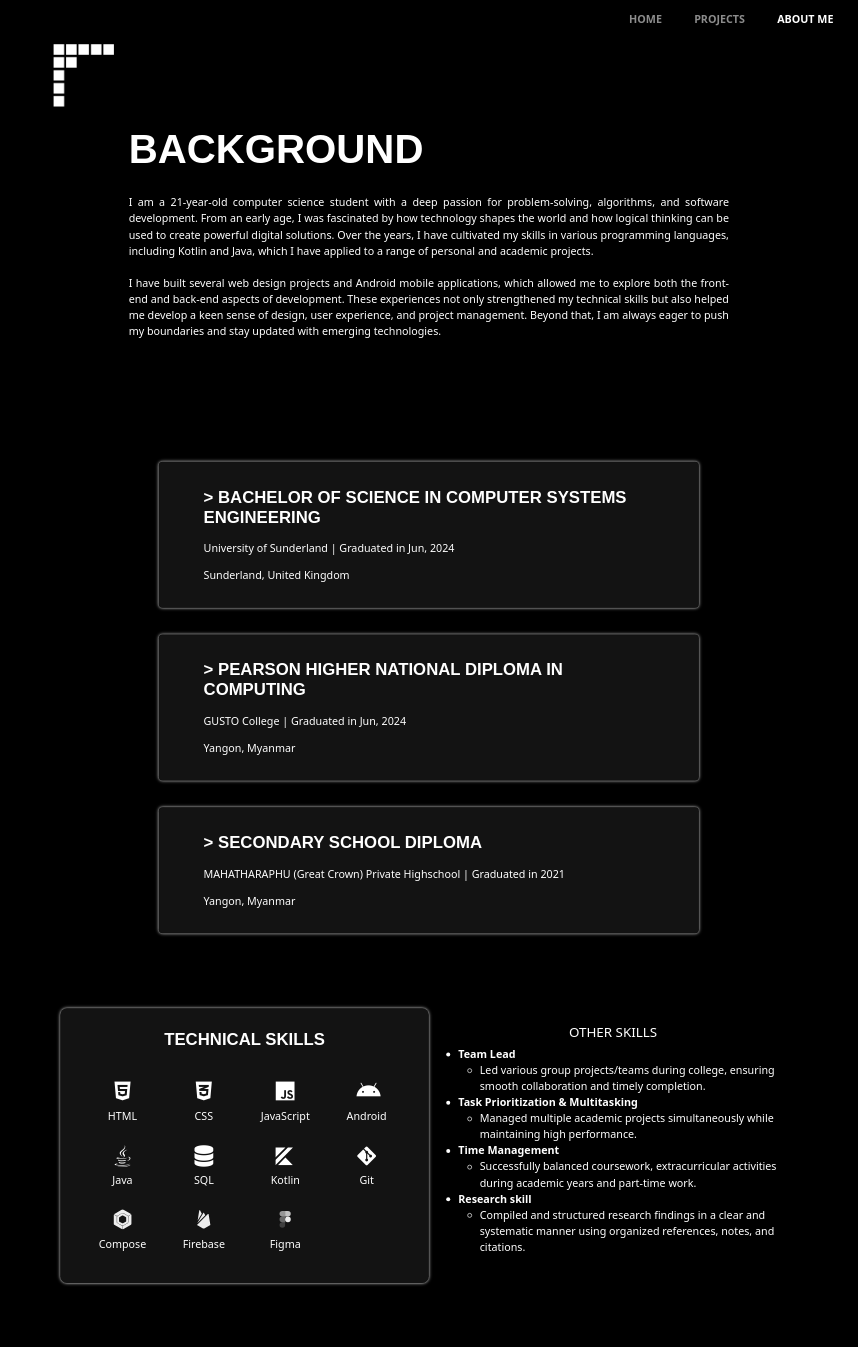
Repository: pyaestk/Portfolio-template
Page: aboutme.html
These files come from the project's save history. The page is drawn as it stood at one moment and after the next save; the edit follows.
The browser window is 1280 px wide. The pictures show the whole page, at 67% of full size.
Some web fonts or font styles are not loaded; a fallback is used. Some web libraries are served in a nearby version.

Above is the page before, as saved 2025-05-24 13:21:59.
Console error: TypeError: Cannot read properties of null (reading 'addEventListener')

### aboutme.html
<!DOCTYPE html>

<html lang="en">

<head>
  <link href="https://cdn.jsdelivr.net/npm/bootstrap@5.3.5/dist/css/bootstrap.min.css" rel="stylesheet"
    integrity="sha384-SgOJa3DmI69IUzQ2PVdRZhwQ+dy64/BUtbMJw1MZ8t5HZApcHrRKUc4W0kG879m7" crossorigin="anonymous">
  <script src="https://cdn.jsdelivr.net/npm/bootstrap@5.3.5/dist/js/bootstrap.bundle.min.js"
    integrity="sha384-k6d4wzSIapyDyv1kpU366/PK5hCdSbCRGRCMv+eplOQJWyd1fbcAu9OCUj5zNLiq"
    crossorigin="anonymous"></script>
  <link rel="stylesheet" href="https://cdnjs.cloudflare.com/ajax/libs/font-awesome/6.1.2/css/all.min.css">
  <link href="styles.css" rel="stylesheet">

  <!-- google fonts -->
  <link rel="preconnect" href="https://fonts.googleapis.com">
  <link rel="preconnect" href="https://fonts.gstatic.com" crossorigin>
  <link href="https://fonts.googleapis.com/css2?family=Doto:wght@100..900&display=swap" rel="stylesheet">
  <link href="https://fonts.googleapis.com/css2?family=Roboto:ital,wght@0,100..900;1,100..900&display=swap"
    rel="stylesheet">

  <meta charset="utf-8">
  <meta name="viewport" content="width=device-width, initial-scale=1, minimum-scale=1, maximum-scale=1 ">

  <title>My Webpage</title>
</head>

<body class="bg-black">

  <nav class="navbar navbar-expand-lg bg-black navbar-dark sticky-top">
    <div class="container-fluid">
      <a class="navbar-brand" href="#"></a>
      <button class="navbar-toggler" type="button" data-bs-toggle="collapse" data-bs-target="#navbarNav"
        aria-controls="navbarNav" aria-expanded="false" aria-label="Toggle navigation">
        <span class="navbar-toggler-icon"></span>
      </button>
      <div class="collapse navbar-collapse justify-content-end" id="navbarNav">
        <ul class="navbar-nav text-center">
          <li class="nav-item px-3">
            <a class="nav-link" aria-current="page" href="index.html">HOME</a>
          </li>
          <li class="nav-item px-3">
            <a class="nav-link" href="projects.html">PROJECTS</a>
          </li>
          <li class="nav-item px-3">
            <a class="nav-link active" href="aboutme.html">ABOUT ME</a>
          </li>
        </ul>
      </div>
    </div>
  </nav>

  <div class="background-container text-white">
    <img src="img/decoration-block2.png" class="decoration-image-1" style="--delay: .2s;">

    <h4 class="title" style="--delay: .3s;">BACKGROUND</h4>
    <p style="--delay: .4s;">I am a 21-year-old computer science student with
      a deep passion for problem-solving,
      algorithms, and software development. From an early age, I was
      fascinated by how technology shapes the world and
      how logical thinking can be used to create powerful digital solutions.
      Over the years, I have cultivated my skills
      in various programming languages, including Kotlin and Java, which I
      have applied to a range of personal and
      academic projects.
      <br><br>
      I have built several web design projects and Android mobile
      applications, which allowed me to explore both the
      front-end and back-end aspects of development. These experiences not
      only strengthened my technical skills but
      also helped me develop a keen sense of design, user experience, and
      project management. Beyond that, I am always
      eager to push my boundaries and stay updated with emerging technologies.
      <!-- <br><br>
      Currently, I am particularly interested in deepening my knowledge in fields such as artificial intelligence,
      software engineering, and cybersecurity. I am constantly exploring new concepts through online courses, tutorials,
      and technical communities. My goal is to continue developing solutions that are not only technically sound but
      also meaningful and impactful.
      <br><br>
      Driven by curiosity and a desire to innovate, I see computer science as more than just a career path—it is a
      lifelong journey of learning, building, and contributing to technological advancement. -->
    </p>
  </div>

  <div class="education-container">
    <div class="card reveal3">
      <div class="card-body">
        <h4>> BACHELOR OF SCIENCE IN COMPUTER SYSTEMS ENGINEERING</h4>
        <p>University of Sunderland | Graduated in Jun, 2024</p>
        <span>Sunderland, United Kingdom</span>
      </div>
    </div>
    <div class="card reveal3">
      <div class="card-body">
        <h4>> PEARSON HIGHER NATIONAL DIPLOMA IN COMPUTING</h4>
        <p>GUSTO College | Graduated in Jun, 2024</p>
        <span>Yangon, Myanmar</span>
      </div>
    </div>
    <div class="card reveal3">
      <div class="card-body ">
        <h4>> SECONDARY SCHOOL DIPLOMA</h4>
        <p>MAHATHARAPHU (Great Crown) Private Highschool | Graduated in
          2021</p>
        <span>Yangon, Myanmar</span>
      </div>
    </div>
  </div>

  <div class="container text-white my-5">
    <div class="row mx-2">

      <div class="col-12 col-md-6 mb-5 technical-skills reveal3">
        <h5 class="mb-5 text-center">TECHNICAL SKILLS</h5>

        <div class="row g-3">
          <div class="col-4 col-md-3 text-center">
            <i class="fa-brands fa-html5 fa-2x tech-icon"></i>
            <p>HTML</p>
          </div>
          <div class="col-4 col-md-3 text-center">
            <i class="fa-brands fa-css3-alt fa-2x tech-icon"></i>
            <p>CSS</p>
          </div>
          <div class="col-4 col-md-3 text-center">
            <i class="fa-brands fa-js fa-2x tech-icon"></i>
            <p>JavaScript</p>
          </div>
          <div class="col-4 col-md-3 text-center">
            <i class="fa-brands fa-android fa-2x tech-icon"></i>
            <p>Android</p>
          </div>
          <div class="col-4 col-md-3 text-center">
            <i class="fa-brands fa-java fa-2x tech-icon"></i>
            <p>Java</p>
          </div>
          <div class="col-4 col-md-3 text-center">
            <i class="fa-solid fa-database fa-2x tech-icon"></i>
            <p>SQL</p>
          </div>
          <div class="col-4 col-md-3 text-center">
            <svg xmlns="http://www.w3.org/2000/svg" viewBox="0 0 8 8" class="tech-icon">
              <path fill="currentColor" d="m1 8l3-3l3 3M0 5V1h4M0 8V6l5-5h2" />
            </svg>
            <p>Kotlin</p>
          </div>
          <div class="col-4 col-md-3 text-center">
            <i class="fa-brands fa-git-alt fa-2x tech-icon"></i>
            <p>Git</p>
          </div>
          <div class="col-4 col-md-3 text-center">
            <svg xmlns="http://www.w3.org/2000/svg" viewBox="0 0 128 128" class="tech-icon">
              <path fill="#ededed"
                d="M63.353.759c-2.022-.048-3.83.515-5.604 1.486L14.737 27.521l-1.716 1.01l-.808.555c-1.067.628-2.21 2.15-2.97 3.175l4.168 2.324l2.82 1.55l9.592 5.4l2.454 1.36c1.237-1.491 1.306-1.596 2.472-2.566l26.833-15.884c1.554-.85 3.964-1.976 5.736-1.936c1.769.041 4.04.556 5.552 1.476l23.485 13.342l2.944 1.637a26.5 26.5 0 0 1 3.825 3.052l18.723-11.19l-1.666-1.624c-1.893-1.528-2.544-1.815-3.864-2.497L69.664 2.637C67.932 1.582 65.38.807 63.353.759m.276 23.845c-.95 0-3.036.411-3.86.884l-27.905 16.57c-.823.472-1.655 1.983-2.13 2.801s-.837 2.452-.839 3.303l-.055 33.254c-.002.946.421 2.006.896 2.824s1.268 1.581 2.091 2.054l28.68 16.194c1.07.493 2.69.787 3.64.787s2.174-.147 3.709-.777l27.42-16.173c.824-.474 2.1-1.772 2.575-2.59c.475-.819 1.498-2.895 1.493-3.841l-.146-32.52c-.001-.945-.832-2.85-1.307-3.667c-.475-.82-2.284-2.36-3.108-2.833L67.623 25.58c-.824-.473-3.043-.977-3.994-.977Zm55.2 7.65l-1.163.725l-17.474 10.441c.42 1 .891 3.278.946 4.363l.002.01l.008.312v31.3a10.09 10.09 0 0 1-4.963 8.786l-25.434 15.315c-.922.545-3.108 1.394-5.452 1.841l.002 1.516l-.037 7.825l-.006 3.775l.043 8.781c1.255-.01 3.339-.766 4.423-1.36l.317-.182l.009-.004l44.498-26.253a11.54 11.54 0 0 0 5.666-10.048V37.734c-.014-1.458-.72-4.093-1.385-5.48M8.47 33.817l-.415 1.949c-.352 2.928-.29 3.223-.202 4.705l-.012 49.185c-.02 2.027-.099 4.84.899 6.606c.993 1.762 2.916 2.799 4.657 3.827l45.2 25.602l.008.004l.318.179c1.399.644 2.986 1.145 4.592 1.241l.012-4.872l.004-3.748l-.006-11.404l-.006-1.81c-1.809-.118-3.218-.654-4.14-1.199l-27.041-15.14c-1.527-.9-3.437-1.913-4.308-3.455c-.87-1.543-1.252-3.886-1.235-5.658l.017-29.064l.008-2.096c.061-1.414.277-2.403.687-4.15zm55.323 4.77c.612 0 2.044.327 2.575.632l17.503 9.854c.531.304 1.698 1.3 2.004 1.826c.306.528.84 1.754.84 2.363l.096 20.959c.002.609-.655 1.948-.963 2.476c-.306.528-1.127 1.363-1.657 1.668L66.52 88.79c-.99.406-1.78.505-2.394.505c-.612 0-1.653-.192-2.342-.51L43.297 78.349a3.8 3.8 0 0 1-1.348-1.324c-.306-.528-.579-1.212-.578-1.82l.035-21.431c0-.548.235-1.602.54-2.13c.307-.528.844-1.5 1.374-1.804l17.985-10.68c.531-.305 1.877-.57 2.489-.57z" />
            </svg>
            <p>Compose</p>
          </div>
          <div class="col-4 col-md-3 text-center">
            <svg xmlns="http://www.w3.org/2000/svg" viewBox="0 0 24 24" class="tech-icon">
              <rect width="24" height="24" fill="none" />
              <path fill="#ededed"
                d="m20 18.69l-7.3 4.05q-.75.39-1.5 0L4 18.69L17.05 5.54l.35-.1c.3 0 .47.13.5.4zM9.35 5.74L4.8 13.29L6.7 1.34c.03-.27.2-.4.5-.4c.2 0 .33.06.4.25l2.15 3.95zM13.85 7L4.3 16.59l7.25-12.3c.1-.2.25-.29.45-.29s.33.09.4.29z" />
            </svg>
            <p>Firebase</p>
          </div>
          <div class="col-4 col-md-3 text-center">
            <svg xmlns="http://www.w3.org/2000/svg" viewBox="0 0 24 24" class="tech-icon">
              <rect width="24" height="24" fill="none" />
              <path fill="#ededed" d="M11.667 2H8.333a3.333 3.333 0 1 0 0 6.667h3.334z" opacity="0.6" />
              <path fill="#ededed" d="M11.667 8.667H8.333a3.333 3.333 0 0 0 0 6.666h3.334z" opacity="0.4" />
              <path fill="#ededed" d="M18.333 12a3.333 3.333 0 1 1-6.667 0a3.333 3.333 0 0 1 6.667 0" />
              <path fill="#ededed" d="M8.333 15.334h3.334v3.333a3.333 3.333 0 1 1-3.334-3.334" opacity="0.2" />
              <path fill="#ededed" d="M11.666 2h3.333a3.333 3.333 0 1 1 0 6.667h-3.333z" opacity="0.8" />
            </svg>
            <p>Figma</p>
          </div>
        </div>
      </div>

      <div class="col-12 col-md-6 mb-5">
          <h5 class="mt-4 text-center">OTHER SKILLS</h5>
          <ul>
            <li><strong>Team Lead</strong>
              <ul>
                <li>Led various group projects/teams during college, ensuring smooth collaboration and timely
                  completion.</li>
              </ul>
            </li>
            <li><strong>Task Prioritization & Multitasking</strong>
              <ul>
                <li>Managed multiple academic projects simultaneously while maintaining high performance.</li>
              </ul>
            </li>
            <li><strong>Time Management</strong>
              <ul>
                <li>Successfully balanced coursework, extracurricular activities during academic years and part-time
                  work.</li>
              </ul>
            </li>
            <li><strong>Research skill</strong>
              <ul>
                <li>Compiled and structured research findings in a clear and systematic manner using organized
                  references, notes, and citations.</li>
              </ul>
            </li>
          </ul>
        </div>
      </div>

    </div>
  </div>

  <script src="script.js"></script>
</body>

</html>

### styles.css
* {
  margin: 0;
  padding: 0;
}
html {
  scroll-behavior: smooth;
}


/* index.html */

video {
  object-fit: cover;
  width: 100vw;
  height: 100vh;
  position: fixed;
  top: 0;
  left: 0;
  z-index: -1;
  filter: brightness(50%) grayscale(100%);
  transform: scaleX(-1);
  mask-image: linear-gradient(to right, black 0%, transparent 90%);
}
.navbar-nav a {
  font-weight: bolder;
}

.intro-container {
  display: flex;
  justify-content: center;
  align-items: start;
  flex-direction: column;
  flex-wrap: wrap;
  min-height: 90vh;
  padding: 50px 0;
}
.intro-text p {
  font-size: 20px;
  text-align: start;
  padding-right: 30%;
}
.my-role {
  font-size: 25px;
}
.my-name {
  font-family: "Doto", sans-serif;
  font-size: 60px;
  font-weight: bolder;
  max-lines: 3;
}

.social-links {
  display: flex;
  align-items: center;
  flex-direction: row;
  justify-content: start; /* or center if you want them centered */
  margin-top: 50px;
}
.social-links a {
  display: inline-flex; /* So the <a> fits nicely around icon */
  align-items: center;
  justify-content: center;
}
.social-links svg {
  width: 30px;
  height: 30px;

}
.social-links .linkedin {
  padding: 0 50px;
}
.intro-btns button{
  margin-top: 20px;
  width: 200px;
  height: 50px;
  margin-right: 20px;
  font-weight: bolder;
}






/* projects.html */

.projects-container {
  width: 100%;
  height: auto;
  display: flex;
  justify-content: space-evenly;
  align-items: center;
  flex-direction: row;
  flex-wrap: wrap;
  padding: 5% 5%;
}
.project-intro{
  width: 30%;
  height: auto;
  position: sticky;
  top: 120px; /* Adjust this value as needed */
  align-self: flex-start; /* Align to the start of the container */
}
.projects-list-container {
  width: 70%;
  display: flex;
  justify-content: center;
  align-items: center;
  flex-direction: column;
}

.projects-list{
  display: grid;
  grid-template-columns: repeat(auto-fit, minmax(350px, 1fr));
  gap: 30px;
}
.project-intro h1 {
  font-size: 55px;
  color: white;
  font-family: "Doto", sans-serif;
  font-weight: bolder;
}

.projects-container .card {
  box-shadow: 0 0 5px rgb(255, 255, 255);
  height: auto;
  background-color: rgba(29, 29, 29, 0.671);
  display: flex;
  justify-content: center;
  align-items: center;
  flex-direction: column;
  padding: 10px;
  color: white;
}
.projects-container .card-body{
  padding: 20px 10px 10px 10px;
}
.projects-container .card:hover {
  box-shadow: 0 0 15px rgb(255, 255, 255);
  transition: all 0.2s ease-in-out;
}




/* education.html */
.education-container {
  width: 100%;
  height: auto;
  display: flex;
  justify-content: space-evenly;
  align-items: center;
  flex-direction: column;
  flex-wrap: wrap;
  padding: 5% 5%;
  gap: 40px;
}

.education-container .card {
  width: 70%;
  height: auto;
  background-color: rgba(29, 29, 29, 0.671);
  padding: 20px 50px;
  color: white;
  box-shadow: 0 0 5px rgb(255, 255, 255);
}


.education-container .card:hover {
  box-shadow: 0 0 15px rgb(255, 255, 255);
  transition: all 0.2s ease-in-out;
}

.education-container .card h4 {
  font-size: 25px;
  color: white;
  font-family: "Doto", sans-serif;
  font-weight: bolder;
  margin-bottom: 20px;
}



/* about me.html */
.background-container {
  position: relative; /* Needed for absolute child positioning */
  width: 100%;
  display: flex;
  justify-content: center;
  align-items: start;
  flex-direction: column;
  padding: 8% 15%;
}

.background-container h4 {
  font-size: 60px;
  font-weight: bolder;
  font-family: "Doto", sans-serif;
  margin-top: 30px;
  margin-bottom: 30px;
}
.background-container p {
  text-align: justify;
}

.decoration-image-1 {
  position: absolute; /* Take it out of flow */
  top: 10px;
  left: 80px;
  width: 90px;
  height: auto;
  pointer-events: none; /* Prevents accidental clicks */
  user-select: none;
}


.technical-skills h5 {
  font-size: 25px;
  font-weight: bolder;
  font-family: "Doto", sans-serif;

}

.technical-skills{
  background-color: rgba(29, 29, 29, 0.671);
  box-shadow: 0 0 5px rgb(255, 255, 255);
  color: white;
  border-radius: 10px;
  padding: 30px 40px;
  text-align: start;
}

.technical-skills:hover{
  box-shadow: 0 0 15px rgb(255, 255, 255);
  transition: all 0.2s ease-in-out;
}

.tech-icon{
  width: 30px;
  height: 30px;
  margin-bottom: 10px;
}

.contact-container {
  width: 100%;
  height: auto;
  display: flex;
  justify-content: center;
  align-items: center;
  flex-direction: column;
  padding: 5% 5%;
}




/* on load animation */
.intro-body h1,
.intro-body p,
.intro-body .intro-btns,
.projects-container .card,
.project-intro h1, .project-intro p,
.background-container h4,
.background-container p,
.background-container image{
  display: block;
  opacity: 0;
  animation: reveal 0.5s forwards var(--delay);
}
@keyframes reveal {
  /* from { translate: - 20px; }
  to { translate: none; opacity: 1;} */
  from {
    transform: translateY(10px);
  }
  to {
    transform: translateY(0);
    opacity: 1;
  }
}

/* on scroll animation */

.reveal1 {
  position: relative;
  transform: translateX(70px);
  opacity: 0;
  transition: 1.1s all ease;
}
.reveal1.active {
  transform: translateX(0);
  opacity: 1;
}

.reveal2 {
  position: relative;
  transform: translateX(-70px);
  opacity: 0;
  transition: 1.1s all ease;
}
.reveal2.active2 {
  transform: translateX(0);
  opacity: 1;
}

.reveal3 {
  position: relative;
  transform: translateY(50px);
  opacity: 0;
  transition: 1.1s all ease;
}
.reveal3.active3 {
  transform: translateX(0);
  opacity: 1;
}




/* for small screen size */

@media (max-width: 1170px) {

  /* index.html */
  .intro-body {
    margin-top: 50px;
    margin-bottom: 50px;
    text-align: center;
  }
  .my-role {
    font-size: 20px;
  }
  .my-name {
    font-size: 27px;
  }
  .intro-text p {
    text-align: center;
    font-size: 15px;
    padding-right: 0;
  }

  /* projects.html */
  .projects-container {
    width: 100%;
    height: auto;
    display: flex;
    justify-content: space-evenly;
    align-items: center;
    flex-direction: row;
    flex-wrap: wrap;
    padding: 0px;
    gap: 40px;
  }
  .project-intro{
    width: auto;
    position: static;
    margin-top: 30px;
  }
  .projects-list{
    display: grid;
    grid-template-columns: repeat(auto-fit, minmax(280px, 1fr));
    gap: 30px;
  }
  .project-intro h1 {
    font-size: 35px;
    margin-top: 30px;
  }
  .project-intro p {
    font-size: 13px;
  }
  .intro-btns button{
    margin-left: 20px;
  }

  .projects-list-container {
    width: 80%;
  }
  .projects-list-container .card{
    margin-bottom: 20px;
  }
  .projects-list-container .card-text{
    font-size: 13px;
  }


  /* education.html */
  .education-container{
    padding: 10% 0%;
    gap: 30px;
  }

  .education-container .card h4{
    font-size: 20px;
  }
  .education-container p{
    font-size: 13px;
  }
  .education-container .card span {
    font-size: 13px;
  }

  .education-container .card {
    box-shadow: 0 0 10px rgb(255, 255, 255);
    padding: 15px 15px;
    width: 85%;
  }

  /* about me.html */
  .background-container {
    align-items: center;
  }
  .background-container h4 {
    font-size: 40px;
    margin-top: 55px;
  }
  .background-container p {
    font-size: 13px;
    padding-right: 0;
    text-align: justify;
  }
  .decoration-image-1 {
    position: absolute; /* Take it out of flow */
    top: 20px;
    left: 40px;
    width: 50px;
  }

  .skills-container {
    padding: 15px 15px;
  }
  .skills-container h5 {
    font-size: 23px;
  }
  .skills-container h6 {
    font-size: 18px;
  }
  .skills-container p {
    font-size: 13px;
  }

}

### script.js
/* on scroll animation */
function reveal() {
  var reveals3 = document.querySelectorAll(".reveal3");
  for (var i = 0; i < reveals3.length; i++) {
    var windowHeight = window.innerHeight;
    var elementTop = reveals3[i].getBoundingClientRect().top;
    var elementVisible = 50;
    if (elementTop < windowHeight - elementVisible) {
      reveals3[i].classList.add("active3");
    } else {
      reveals3[i].classList.remove("active3");
    }
  }
}
// Also run reveal() on scroll
window.addEventListener("scroll", reveal);

//download CV
document.getElementById("downloadBtn").addEventListener("click", function () {
  const fileUrl = "my cv.pdf"; // PDF file in the same folder

  const a = document.createElement("a");
  a.href = fileUrl;
  a.download = "CV.pdf"; // The filename when downloaded

  document.body.appendChild(a);
  a.click();
  document.body.removeChild(a);
});

After the next save:
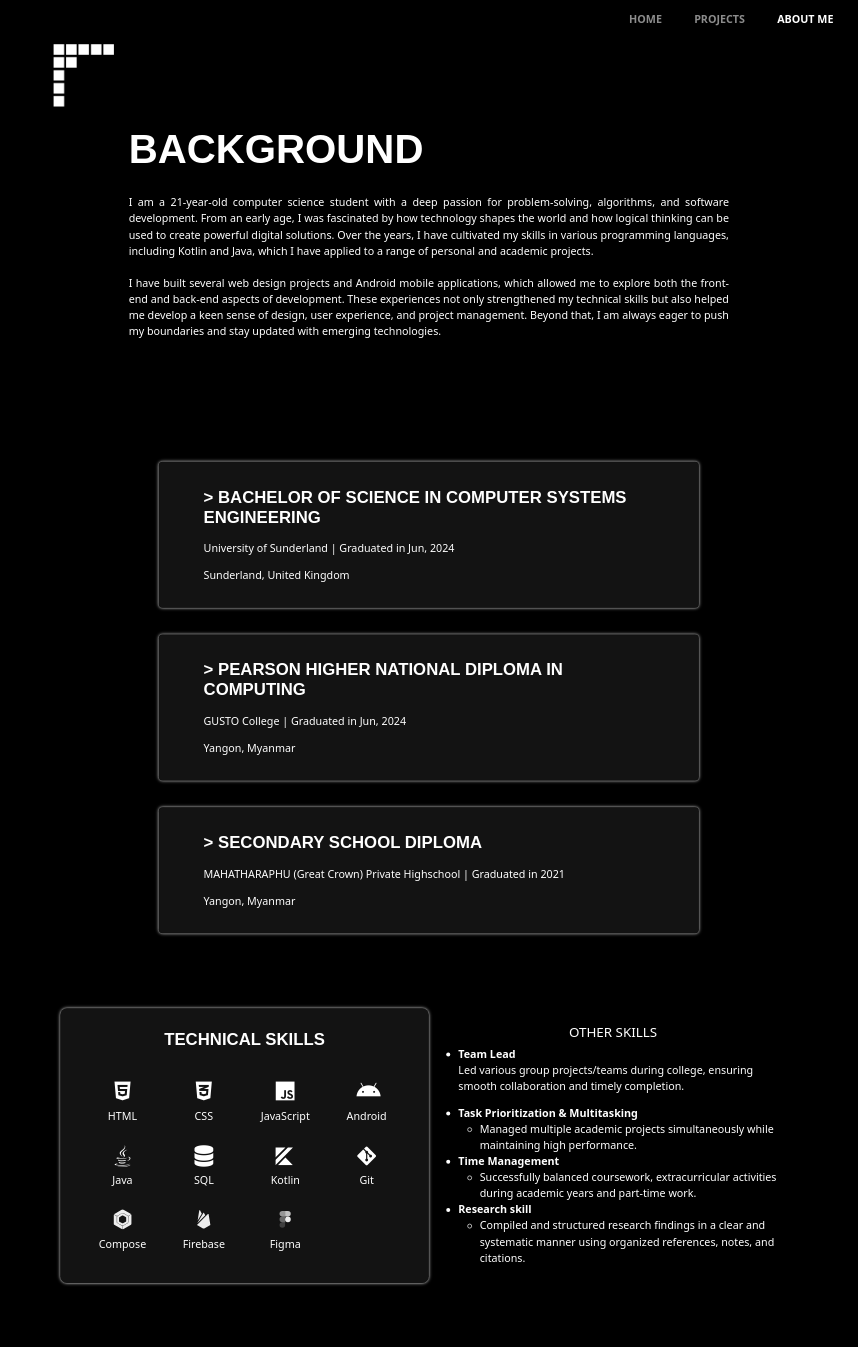
Saved 18 s later.
--- a/aboutme.html
+++ b/aboutme.html
@@ -180,10 +180,8 @@
           <h5 class="mt-4 text-center">OTHER SKILLS</h5>
           <ul>
             <li><strong>Team Lead</strong>
-              <ul>
-                <li>Led various group projects/teams during college, ensuring smooth collaboration and timely
-                  completion.</li>
-              </ul>
+              <p>Led various group projects/teams during college, ensuring smooth collaboration and timely
+                  completion.</p>
             </li>
             <li><strong>Task Prioritization & Multitasking</strong>
               <ul>
